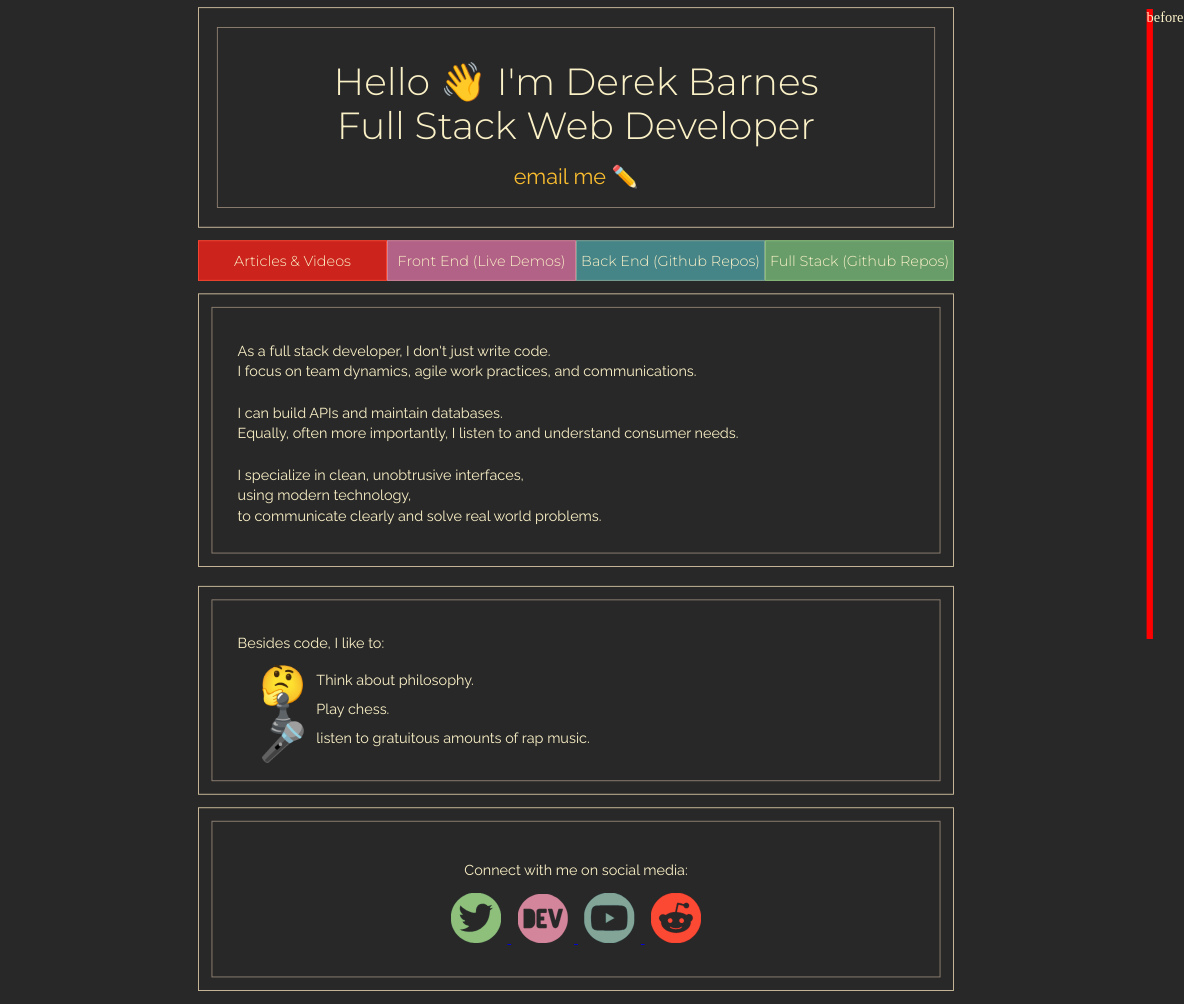
Repository: dsbarnes/groovy-blog
Page: index.html
These files come from the project's save history. The page is drawn as it stood at one moment and after the next save; the edit follows.
The browser window is 1280 px wide. The page is 1315 px wide, then 1280 px, so the pictures cover 1315 px, including what lies to the right of the window. The pictures show the whole page, at 90% of full size.
The style sheet was rebuilt from its Sass, Less or Tailwind sources for each picture, by a compiler version that may differ from the author's.

Above is the page before, as saved 2020-05-11 16:05:20.

After the next save:
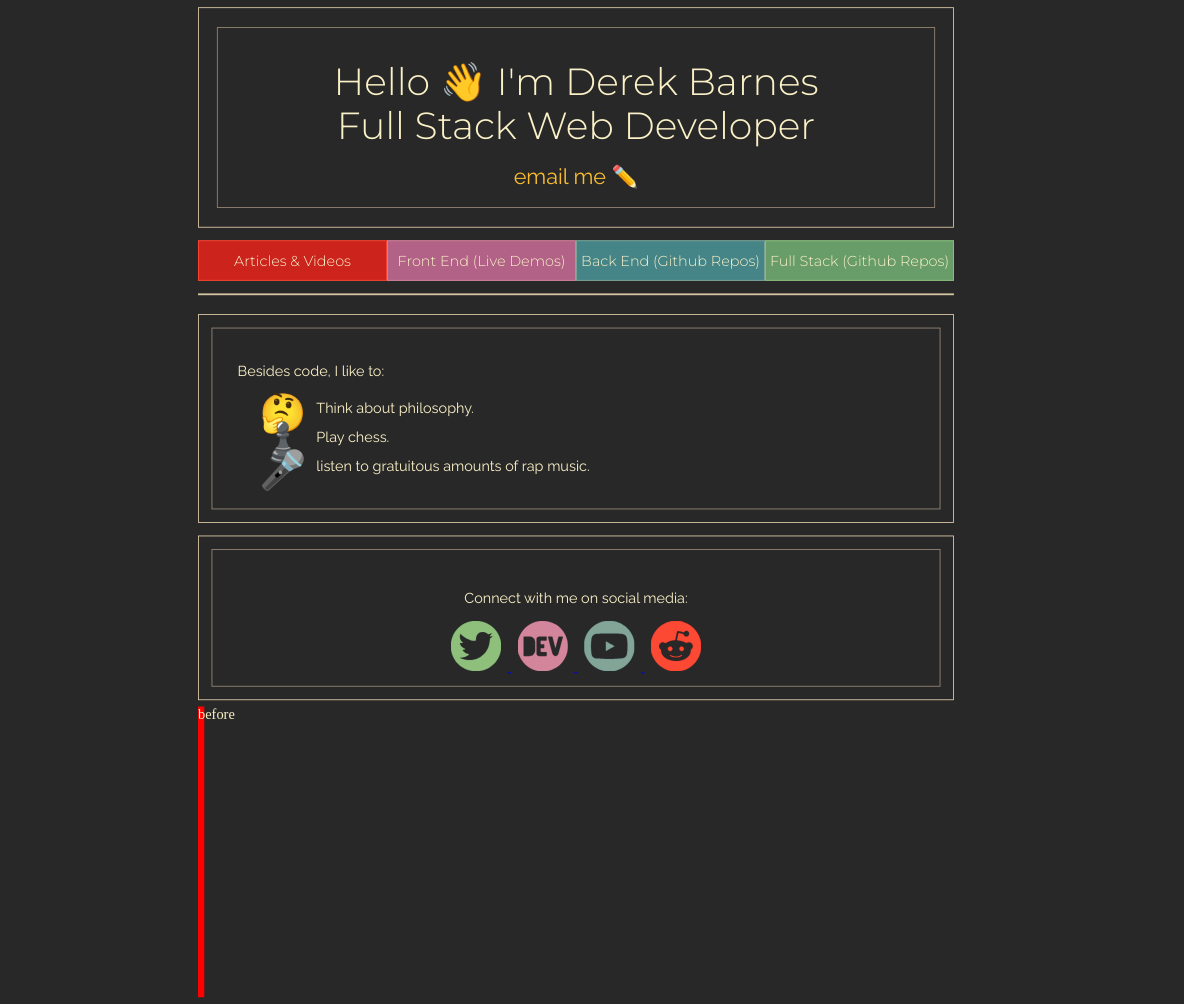
Saved 10 s later.
--- a/style.scss
+++ b/style.scss
@@ -158,11 +158,11 @@ h1{ @include font-fam-size($title-font, $title-font-size/1.25)}
 }
 .container::after {
   content:'before';
-  position: absolute;
+  // position: absolute;
   // z-index: -1;
   height: calc(100% - 20px);
-  top: 10px;
-  right: -1px;
+  // top: 10px;
+  // right: -1px;
   width: 7px;
   background: red;
 }
